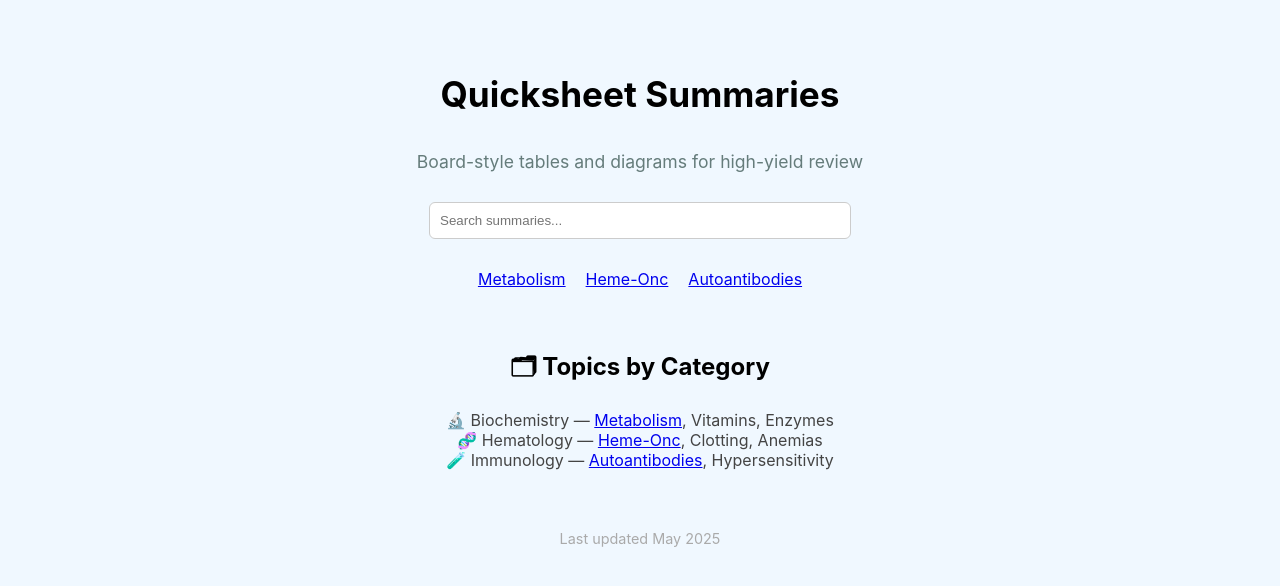
Repository: sharperdragon/STEVEL-1-Summaries
Page: index.html
These files come from the project's save history. The page is drawn as it stood at one moment and after the next save; the edit follows.
The browser window is 1280 px wide. The pictures show the whole page.

Above is the page before, as saved 2025-05-20 08:12:31.

After the next save:
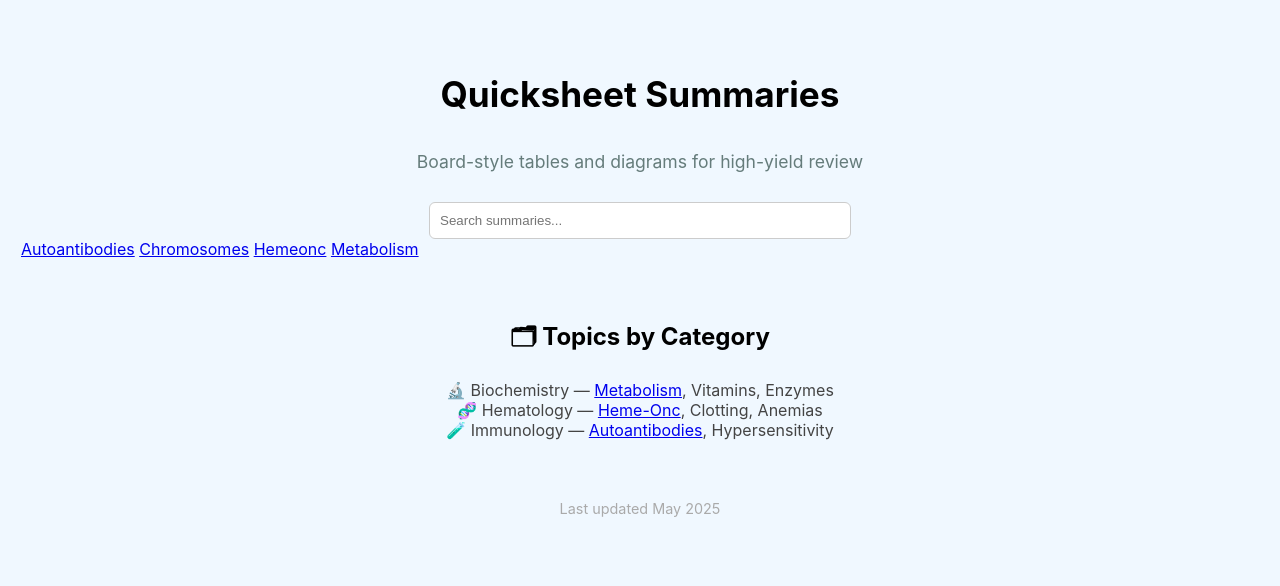
Saved 3 h 9 min later.
--- a/index.html
+++ b/index.html
@@ -16,11 +16,18 @@
 <div style="text-align: center; margin-top: 30px;">
   <input type="text" id="searchInput" placeholder="Search summaries..." onkeyup="filterCards()" style="padding: 10px; width: 60%; max-width: 400px; border: 1px solid #ccc; border-radius: 6px;">
 </div>
-<section style="display: flex; flex-wrap: wrap; justify-content: center; margin-top: 30px; gap: 20px;">
-  <a href="subdex/metabolism.html" class="summary-card">Metabolism</a>
-  <a href="subdex/hemeonc.html" class="summary-card">Heme-Onc</a>
-  <a href="subdex/autoantibodies.html" class="summary-card">Autoantibodies</a>
-</section>
+<section id="summaryCards" ...></section>
+
+<script>
+fetch('static/table.manifest.json')
+  .then(res => res.json())
+  .then(data => {
+    const container = document.getElementById("summaryCards");
+    container.innerHTML = data.map(d => `
+      <a href="subdex/${d.file}" class="summary-card">${d.name}</a>
+    `).join("");
+  });
+</script>
 
 <section style="text-align: center; margin-top: 60px;">
   <h2 style="color: var(--text-h2);">🗂 Topics by Category</h2>
